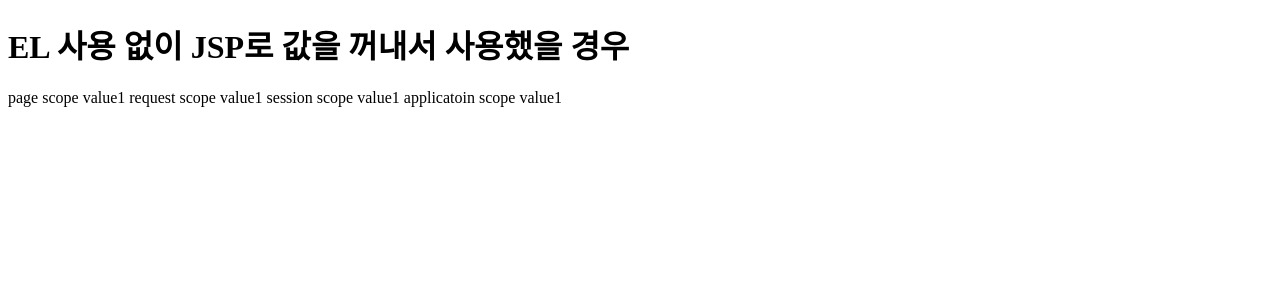
Repository: SHIN-HANBEEN/boostcourse
Page: http://localhost/firstweb/el01.jsp
An editor plug-in stored every save of this project. The page is shown before and after the next save, followed by the edit.
The browser window is 1280 px wide. The pictures show the whole page.
The page is served by Tomcat 10. Other server files are loaded and not shown.

Above is the page before, as saved 2023-07-18 02:56:22.

### firstweb/src/main/webapp/el01.jsp
<%@ page language="java" contentType="text/html; charset=EUC-KR"
    pageEncoding="EUC-KR"%>
<!DOCTYPE html>
<%
	pageContext.setAttribute("p1", "page scope value1");
	request.setAttribute("r1", "request scope value1");
	session.setAttribute("s1", "session scope value1");
	application.setAttribute("a1", "applicatoin scope value1");
%>
<html>
<head>
<meta charset="EUC-KR">
<title>Insert title here</title>
</head>
<body>
<%-- EL 사용 없이 JSP로 값을 꺼내서 사용했을 경우 --%>
<h1>EL 사용 없이 JSP로 값을 꺼내서 사용했을 경우</h1>
<%=pageContext.getAttribute("p1") %>
<%=request.getAttribute("r1") %>
<%=session.getAttribute("s1") %>
<%=application.getAttribute("a1") %>
</body>
</html>

After the next save:
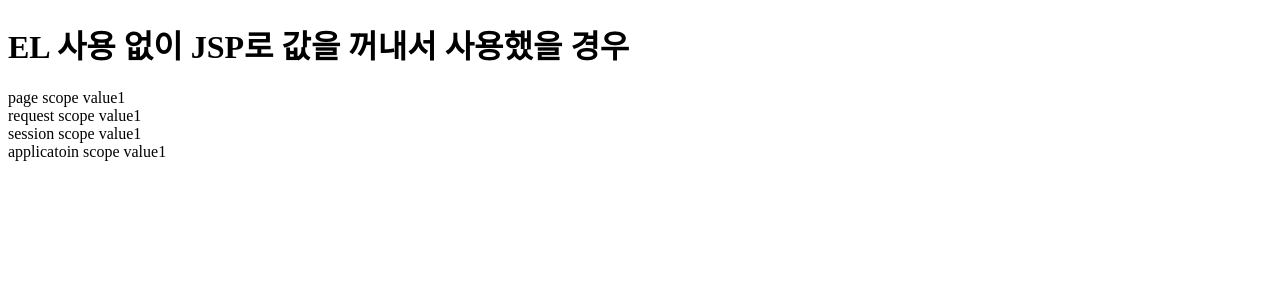
Saved 17 s later.
--- a/firstweb/src/main/webapp/el01.jsp
+++ b/firstweb/src/main/webapp/el01.jsp
@@ -13,11 +13,10 @@
 <title>Insert title here</title>
 </head>
 <body>
-<%-- EL 사용 없이 JSP로 값을 꺼내서 사용했을 경우 --%>
 <h1>EL 사용 없이 JSP로 값을 꺼내서 사용했을 경우</h1>
-<%=pageContext.getAttribute("p1") %>
-<%=request.getAttribute("r1") %>
-<%=session.getAttribute("s1") %>
-<%=application.getAttribute("a1") %>
+<%=pageContext.getAttribute("p1") %> <br>
+<%=request.getAttribute("r1") %> <br>
+<%=session.getAttribute("s1") %> <br>
+<%=application.getAttribute("a1") %> <br>
 </body>
 </html>
